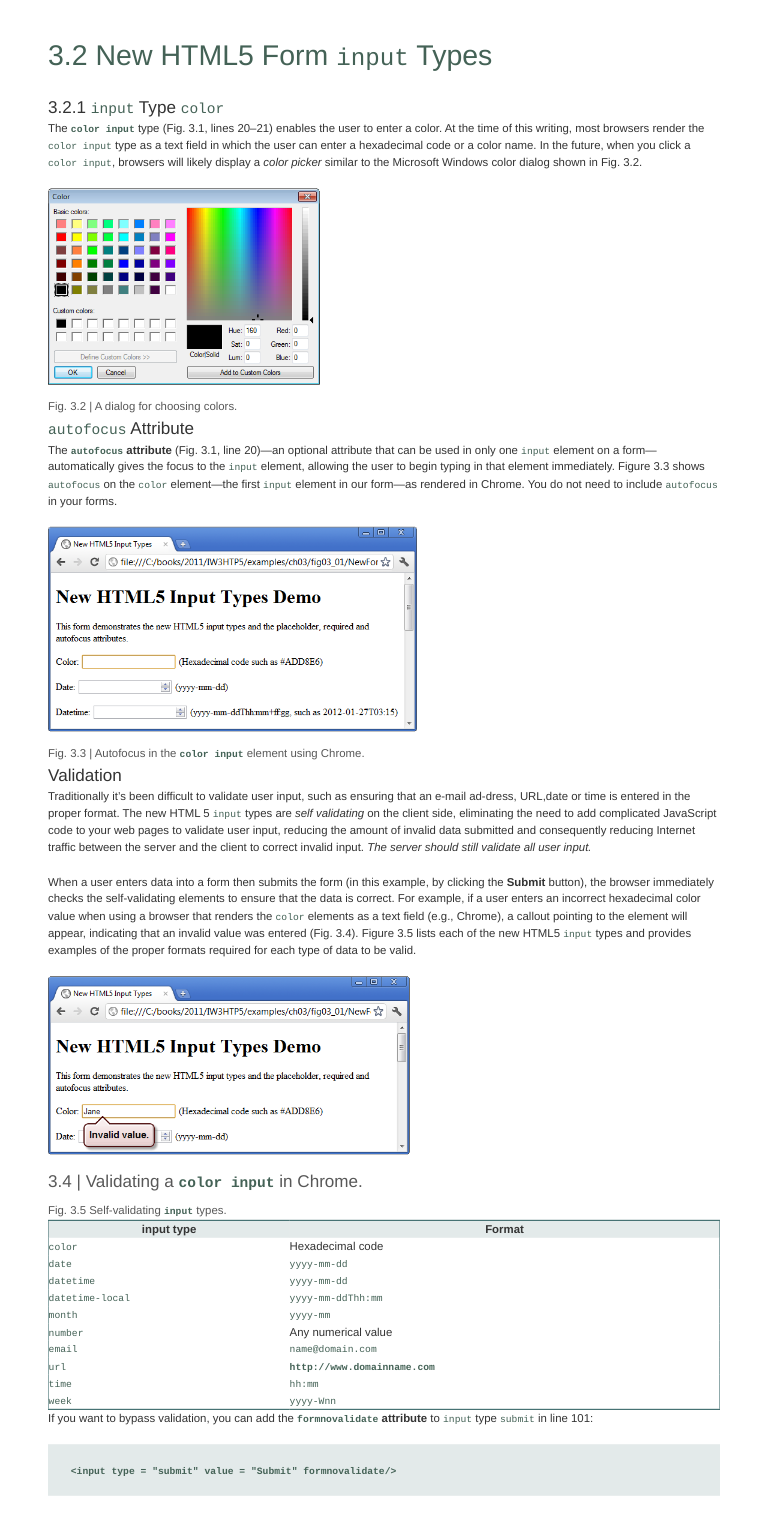
Repository: mlmEFSC21/P4-Textbook-Copy
Page: index.html
An editor plug-in stored every save of this project. The page is shown before and after the next save, followed by the edit.
The browser window is 1280 px wide. The pictures show the whole page, at 60% of full size.

Above is the page before, as saved 2022-02-03 18:08:03.

After the next save:
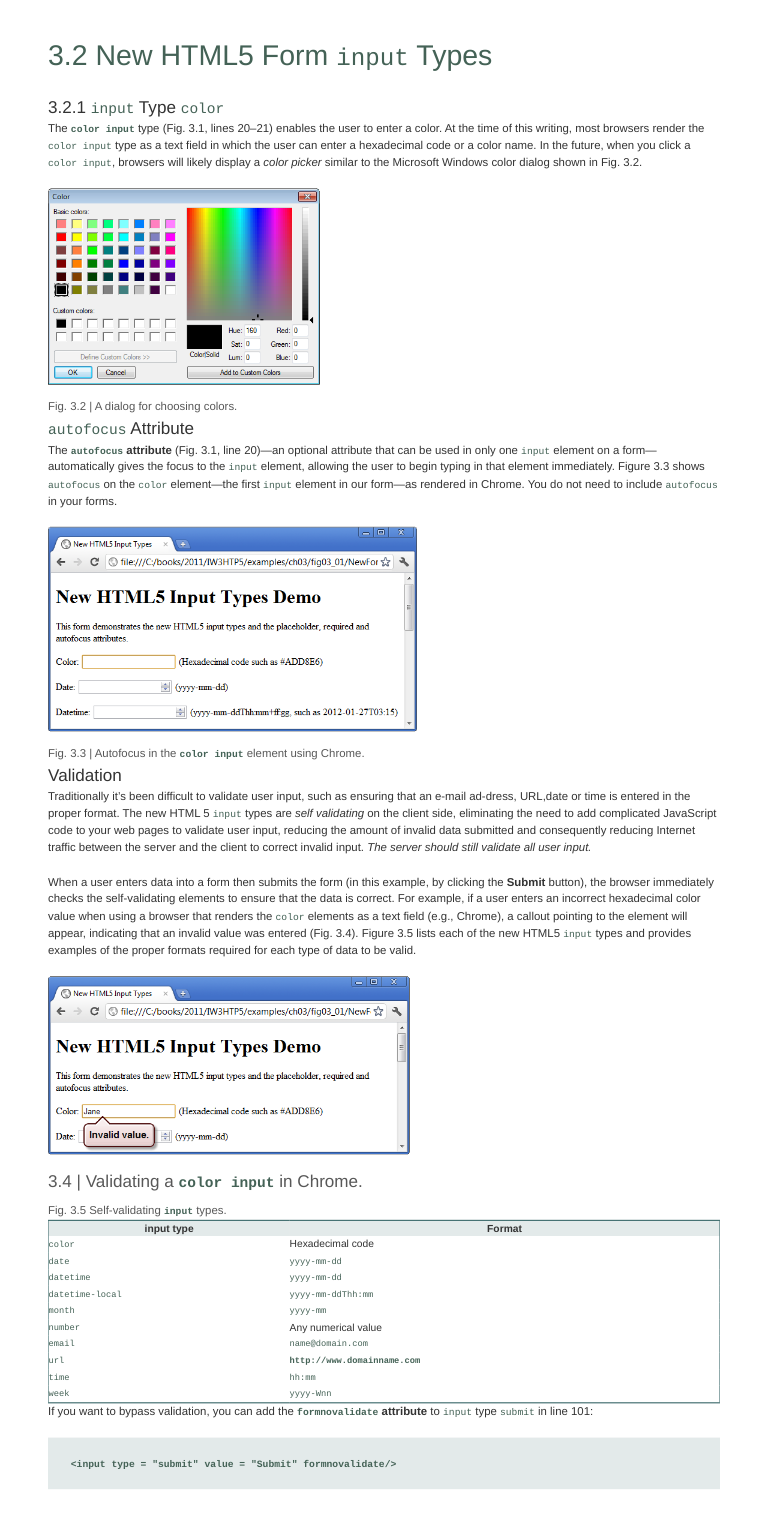
Saved 2 min 22 s later.
--- a/bookStyles.css
+++ b/bookStyles.css
@@ -68,6 +68,9 @@ table {
     border-style: solid;
     border-width: 2px 1px 2px;
     border-color: #467273;
+    border-radius: 0;
+    font-size: .9em;
+    line-height: 1.5em;
     border-collapse: collapse;
 }
 div {
